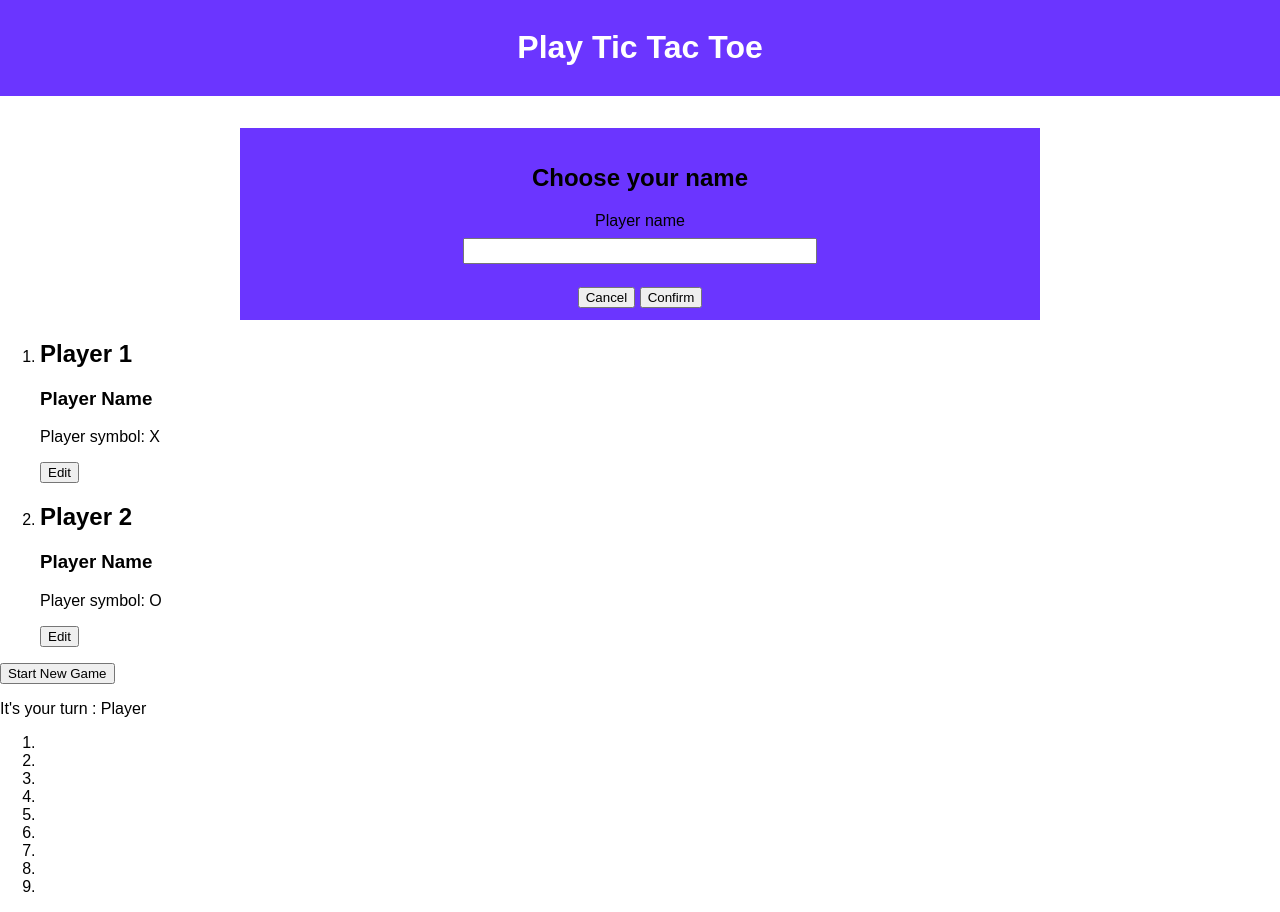
Repository: Harjot00/Wevdev
Page: Tic tac toe/index.html
The author's editor kept a copy of each file at every save. The page is drawn from the files as they stood at one save, then again after the next save.
The browser window is 1280 px wide. The pictures show the whole page.
Some web fonts or font styles are not loaded; a fallback is used.

Above is the page before, as saved 2022-05-20 23:55:38.

### Tic tac toe/index.html
<!DOCTYPE html>
<html lang="en">
<head>
    <meta charset="UTF-8">
    <meta http-equiv="X-UA-Compatible" content="IE=edge">
    <meta name="viewport" content="width=device-width, initial-scale=1.0">
    <link rel="stylesheet" href="styles.css">
    <link href="https://fonts.googleapis.com/css2?family=Roboto:wght@100&family=Send+Flowers&display=swap" rel="stylesheet">
    <title>Tic Tac Toe</title>

</head>
<body>
    <header>
        <h1>Play Tic Tac Toe</h1>

    </header>
    <main>
        <aside>
            <h2>Choose your name</h2>
            <form >
                <div>
                    <label for = "playername">Player name</label>
                    <input type="text" name="username" id="username"/>

                </div>
                <div id = "btn-div">
                    <button type="button"> Cancel</button>
                    <button type="submit">Confirm</button>
                </div>
            </form>
        </aside>
        <div id="gamestyle">
            <ol>
                <li>
                    <h2>Player 1</h2>
                    <h3>Player Name</h3>
                    <p>Player symbol: X</p>
                    <button>Edit</button>
                </li>
                <li>
                    <h2>Player 2</h2>
                    <h3>Player Name</h3>
                    <p>Player symbol: O</p>
                    <button>Edit</button>
                </li>
            </ol>
            <button>Start New Game</button>
        </div>
         <section id="active-game">
             <p>It's your turn : Player</p>
             <ol>
                 <li></li>
                 <li></li>
                 <li></li>
                 <li></li>
                 <li></li>
                 <li></li>
                 <li></li>
                 <li></li>
                 <li></li>
             </ol>
         </section>
    </main>

</body>
</html>

### Tic tac toe/styles.css
@import url('https://fonts.googleapis.com/css2?family=Roboto:wght@100&family=Send+Flowers&display=swap');
body{
    font-family: 'Montserrat', sans-serif;
    margin: 0;
    padding: 0;
}
header{
    background-color: #6b35ff;
    margin:0 0 2rem 0;
    padding: 0.5rem 0;
    color:white;
    text-align: center;
}
aside {
    text-align: center;
    margin:1rem auto;
    width:60vw;
    height:10rem;
    padding:1rem;
    background-color:#6b35ff;
}
aside input {
    display:block;
    margin:0.5rem auto;
    height:1.3rem;
    width:45%;
}
#btn-div button{
    display:inline-block;
    margin:0.9rem 0;

}

After the next save:
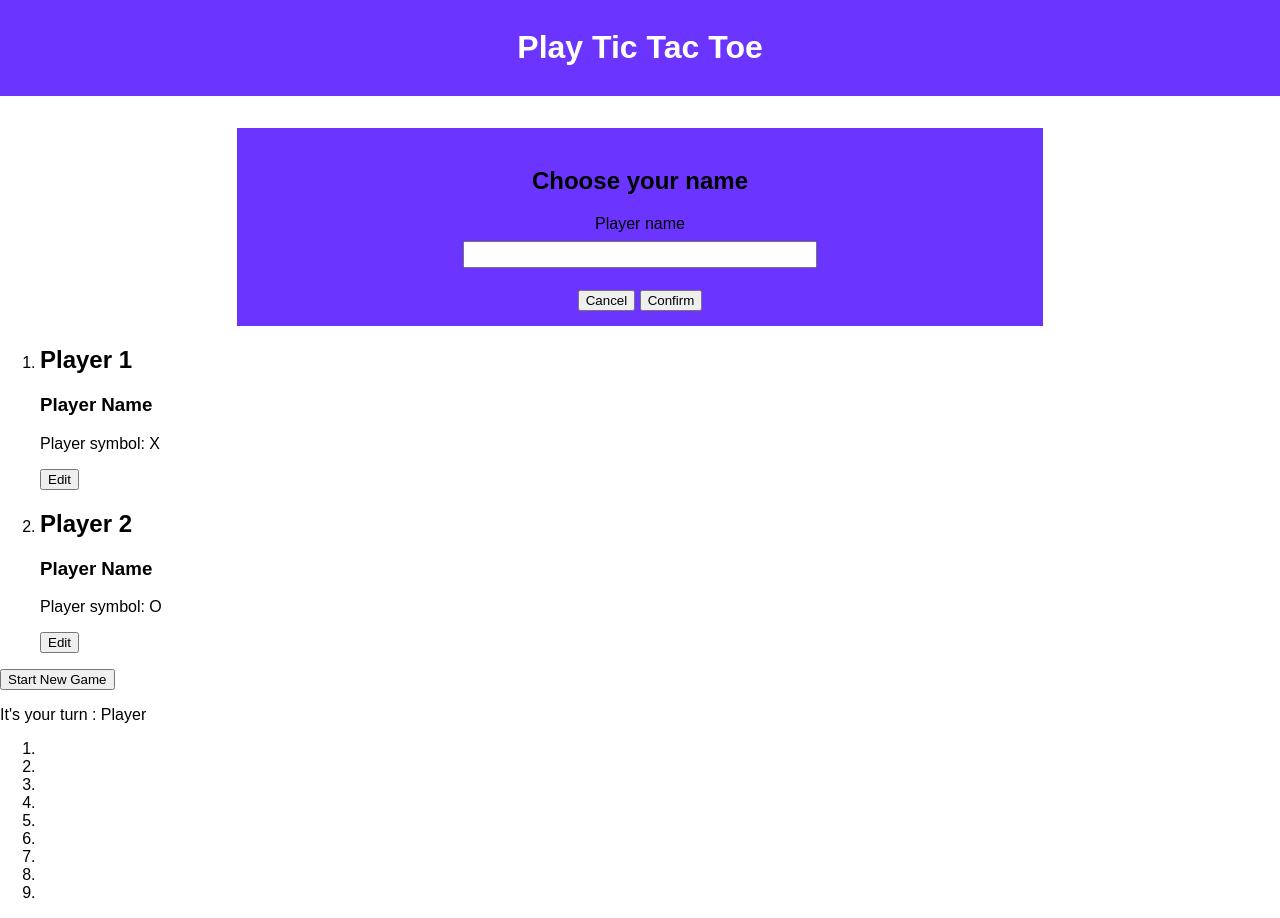
Saved 69 s later.
--- a/Tic tac toe/styles.css
+++ b/Tic tac toe/styles.css
@@ -16,7 +16,7 @@ aside {
     margin:1rem auto;
     width:60vw;
     height:10rem;
-    padding:1rem;
+    padding:1.2rem;
     background-color:#6b35ff;
 }
 aside input {
